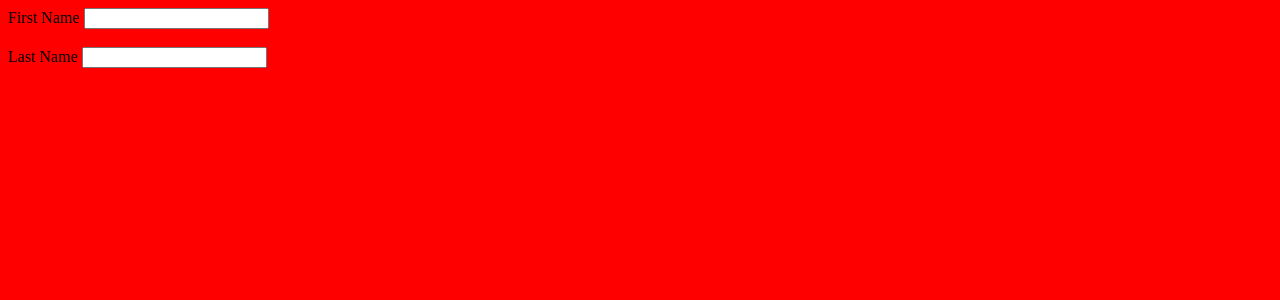
Repository: Fariaddd/codefactor-stylesheet
Page: index.html
An editor plug-in stored every save of this project. The page is shown before and after the next save, followed by the edit.
The browser window is 1280 px wide. The pictures show the whole page.

Above is the page before, as saved 2021-11-17 19:02:22.

### index.html
<!DOCTYPE html>
<html lang="en">
  <head>
    <meta charset="UTF-8" />
    <meta http-equiv="X-UA-Compatible" content="IE=edge" />
    <meta name="viewport" content="width=device-width, initial-scale=1.0" />
    <title>Document</title>
    <link rel="stylesheet" href="./styles/styles.css" />
  </head>
  <body>
    <form action="/action">
      <label for="firstname">First Name</label>
      <input type="text" id="firstname" name="firstname" /><br /><br />
      <label for="lastname">Last Name</label>
      <input type="text" id="lastname" name="lastname" /><br /><br />
    </form>
  </body>
</html>

### styles/styles.css
body {
  background-color: red;
}
h1 {
  font-size: 26px;
  color: purple;
}

p {
  font-size: 16px;
  color: royalblue;
}

After the next save:
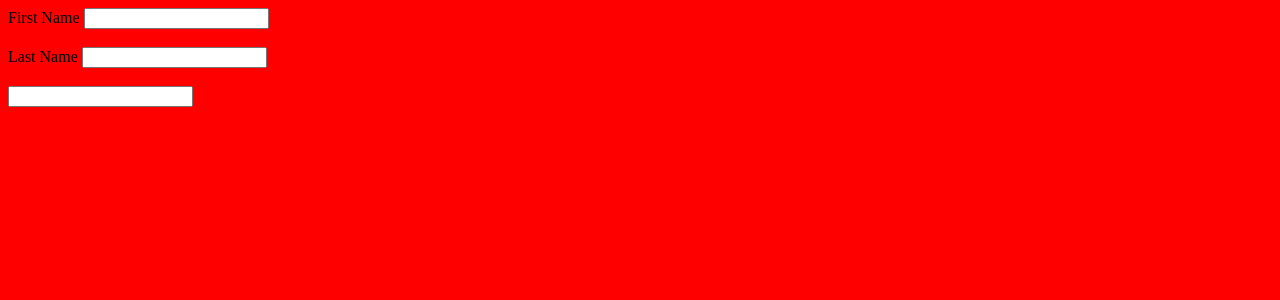
Saved 10 s later.
--- a/index.html
+++ b/index.html
@@ -13,6 +13,7 @@
       <input type="text" id="firstname" name="firstname" /><br /><br />
       <label for="lastname">Last Name</label>
       <input type="text" id="lastname" name="lastname" /><br /><br />
+      <input type="sumbut" />
     </form>
   </body>
 </html>
